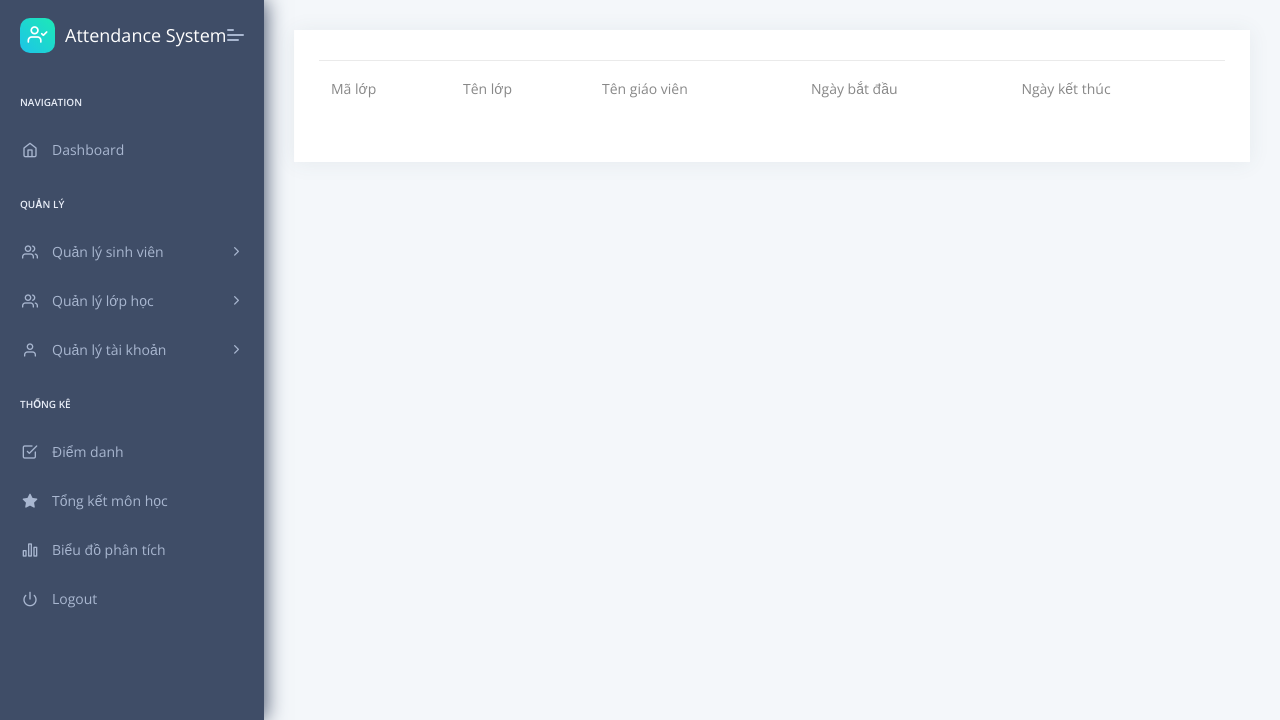
Repository: nguyen-tien-tai12112001/Python_Face_Recognition_Attendance
Page: apps/templates/home/schedule/list-schedule.html
The author's editor kept a copy of each file at every save. The page is drawn from the files as they stood at one save, then again after the next save.
The browser window is 1280 px wide. The pictures show the whole page.
The template is drawn by Flask 3. The application's start-up code is not run. The template is opened directly, without the code that normally fills it, so the values that code supplies are empty.

Above is the page before, as saved 2022-02-28 14:41:16.

After the next save:
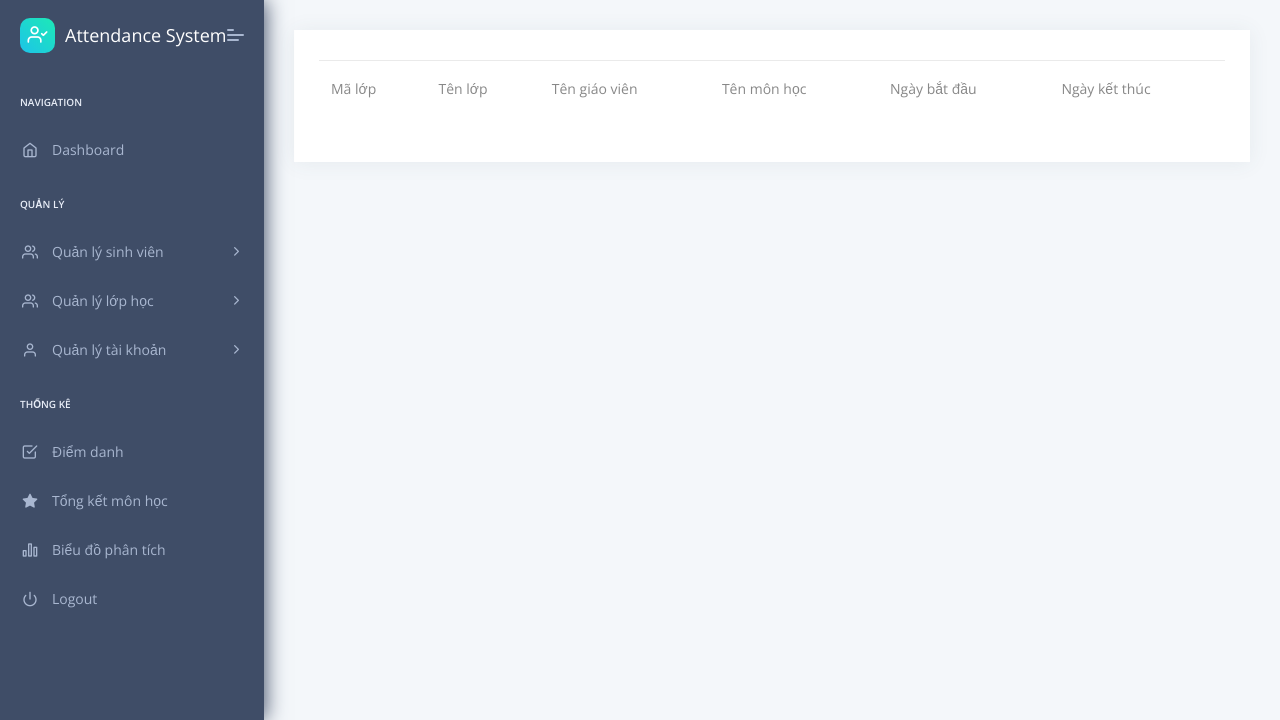
Saved 7 min 32 s later.
--- a/apps/templates/home/schedule/list-schedule.html
+++ b/apps/templates/home/schedule/list-schedule.html
@@ -27,6 +27,7 @@
                                             <td>Mã lớp</td>
                                             <td>Tên lớp</td>
                                             <td>Tên giáo viên</td>
+                                            <td>Tên môn học</td>
                                            <td>Ngày bắt đầu</td>
                                            <td>Ngày kết thúc</td>
 
